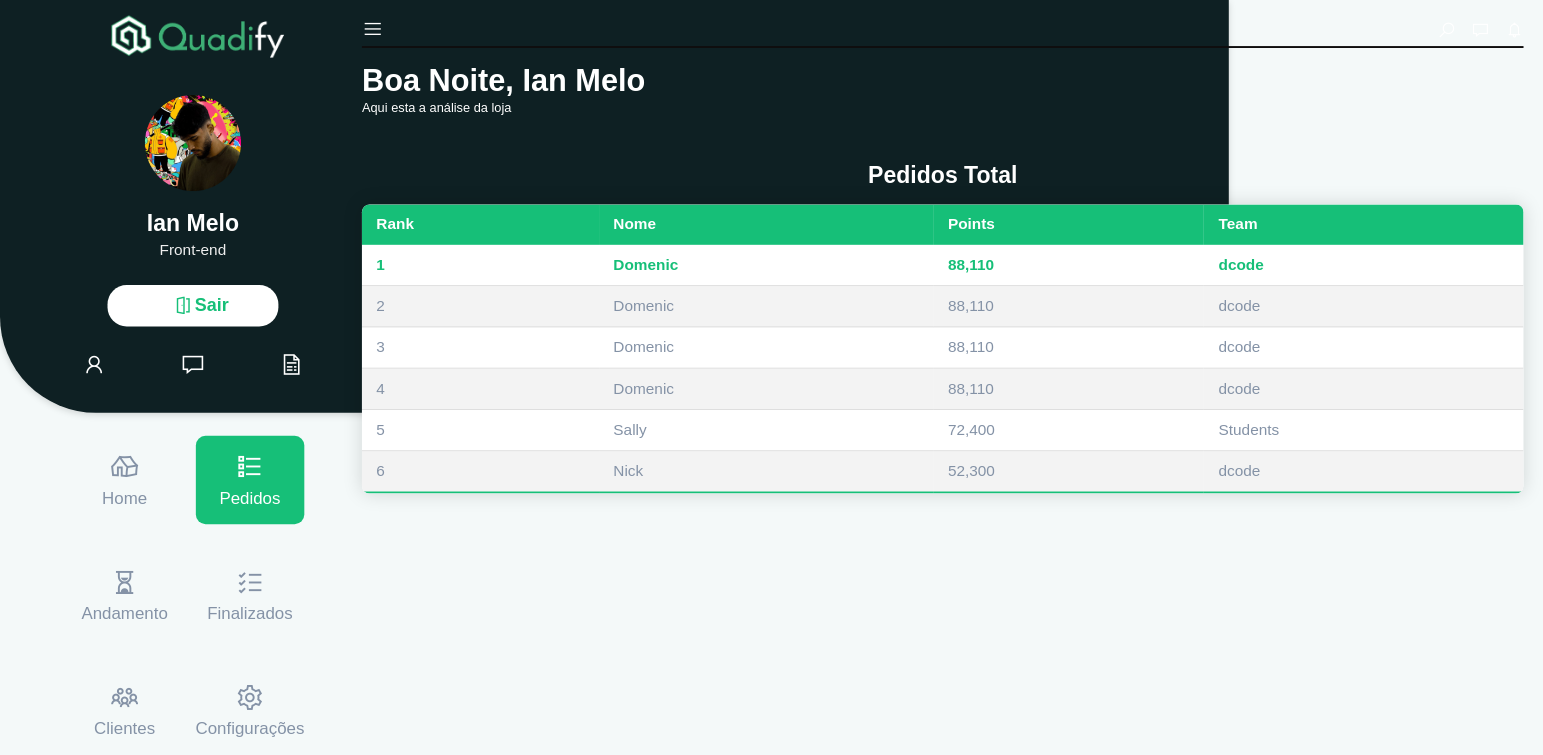
Repository: ichumbo/StarkDashboard
Page: pedidos.html
An editor plug-in stored every save of this project. The page is shown before and after the next save, followed by the edit.
The browser window is 1280 px wide. The page is 1607 px wide, so the pictures cover 1607 px, including what lies to the right of the window. The pictures show the whole page, at 96% of full size.

Above is the page before, as saved 2023-06-14 16:35:33.

After the next save:
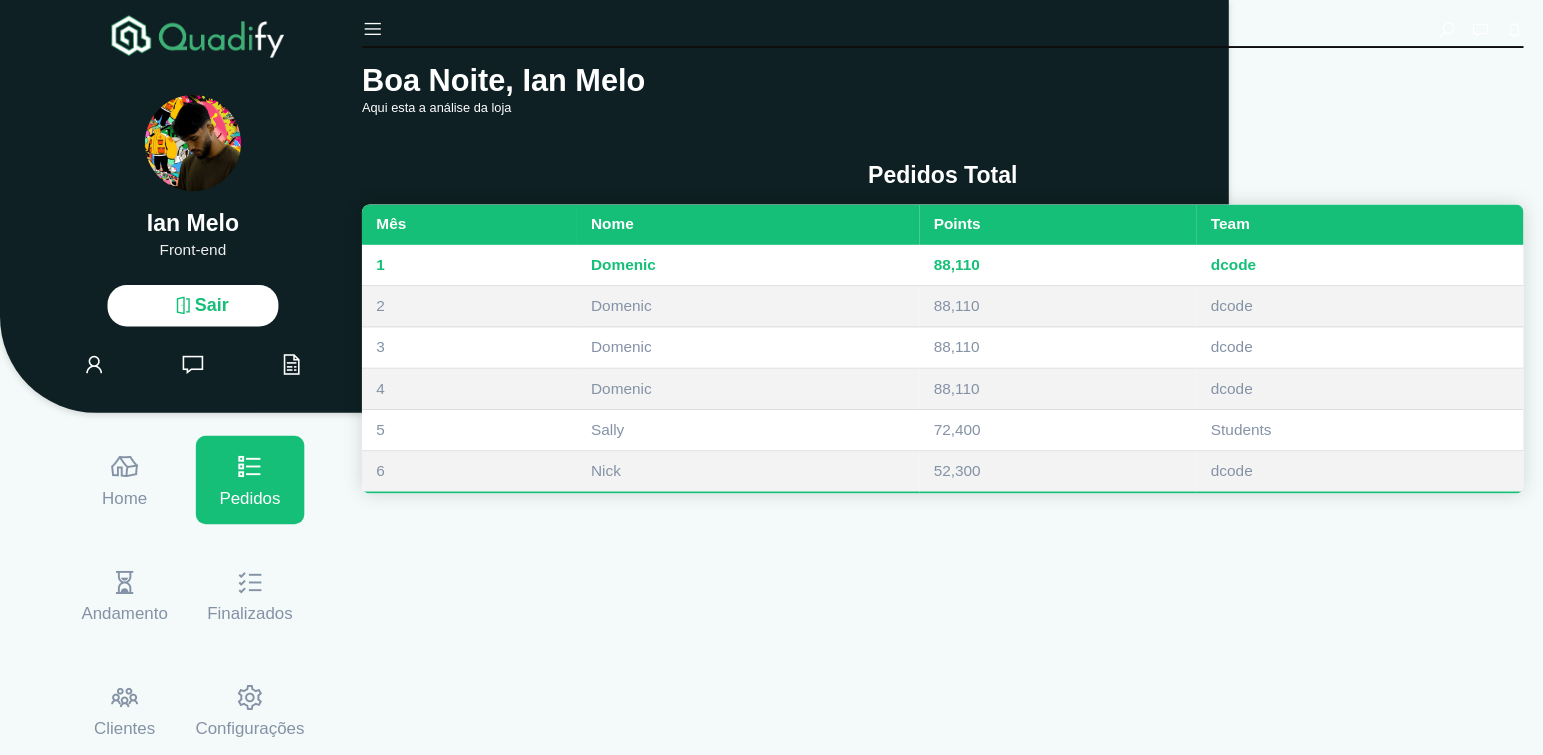
Saved 42 s later.
--- a/pedidos.html
+++ b/pedidos.html
@@ -118,7 +118,7 @@
                         <thead>
                             <h2 class="title-table">Pedidos Total</h2>
                             <tr>
-                            <th>Rank</th>
+                            <th>Mês</th>
                             <th>Nome</th>
                             <th>Points</th>
                             <th>Team</th>
